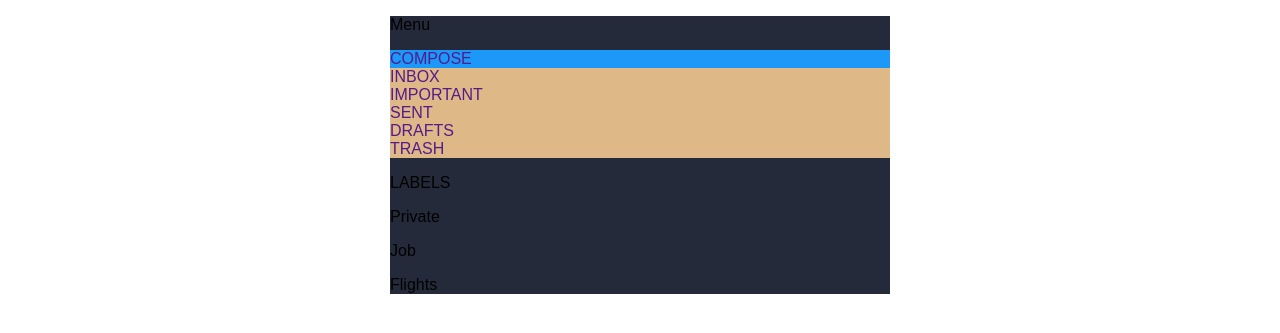
Repository: Gumiin/studia
Page: lesson4/index.html
These files come from the project's save history. The page is drawn as it stood at one moment and after the next save; the edit follows.
The browser window is 1280 px wide. The pictures show the whole page.

Above is the page before, as saved 2021-04-07 17:52:29.

### lesson4/index.html
<!DOCTYPE html>
<html lang="en">
<head>
    <meta charset="UTF-8">
    <meta http-equiv="X-UA-Compatible" content="IE=edge">
    <meta name="viewport" content="width=device-width, initial-scale=1.0">
    <title>Mail mobile part</title>
    <link rel="stylesheet" href="style.css">
</head>
<body>
    <div id="menu">
        <p>Menu</p>
        <a href=""><div id="compose">Compose</div></a>
        <nav>
            <a href=""><div class="menu">Inbox</div></a>
            <a href=""><div class="menu">Important</div></a>
            <a href=""><div class="menu">Sent</div></a>
            <a href=""><div class="menu">Drafts</div></a>
            <a href=""><div class="menu">Trash</div></a>
        </nav>
        <p>LABELS</p>
        <div id="labels">
            <p>
                <div class="label"></div>
            Private
            </p>
            <p>
                <div class="label"></div>
            Job
            </p>
            <p>
                <div class="label"></div>
            Flights
            </p>
        </div>
    </div>
    <div id="mails">
        <div class="mail"></div>
        <div class="mail"></div>
        <div class="mail"></div>
        <div class="mail"></div>
        <div class="mail"></div>
    </div>
    <div id="content">

    </div>
</body>
</html>

### lesson4/style.css
body{
    max-width: 500px;
    margin:auto;
    font-family: Arial, sans-serif;
}
#menu a{
    text-decoration: none;
    text-transform: uppercase;
}
#menu{
    background-color: #252a3a;
    font: 16px;
}
.menu{
    background-color: burlywood;
}
#compose{
    background-color:#1B98F8;
}
#mails{
    background-color: cadetblue;
    width: 100%;
}
#mail{
    background-color: darkorange;
    width: 100%;
}
#mail:hover{
    background-color: #eee;
}

After the next save:
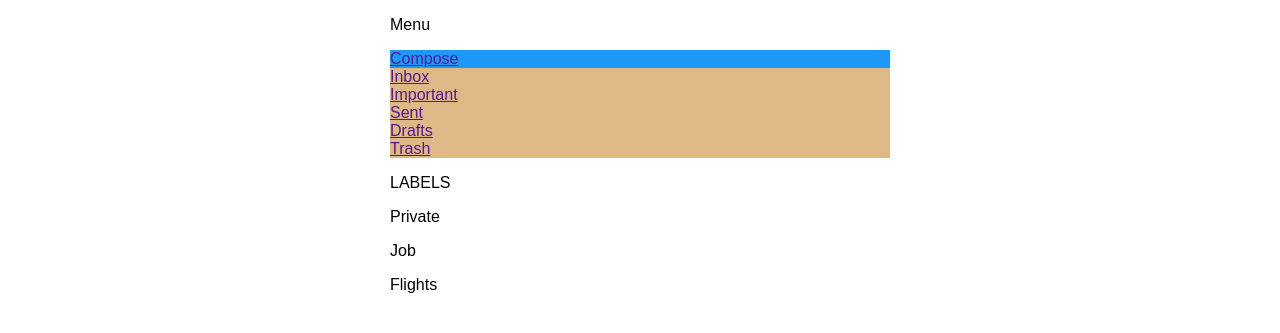
Saved 4 s later.
--- a/lesson4/index.html
+++ b/lesson4/index.html
@@ -8,7 +8,7 @@
     <link rel="stylesheet" href="style.css">
 </head>
 <body>
-    <div id="menu">
+    <div id="menus">
         <p>Menu</p>
         <a href=""><div id="compose">Compose</div></a>
         <nav>

After the save that followed:
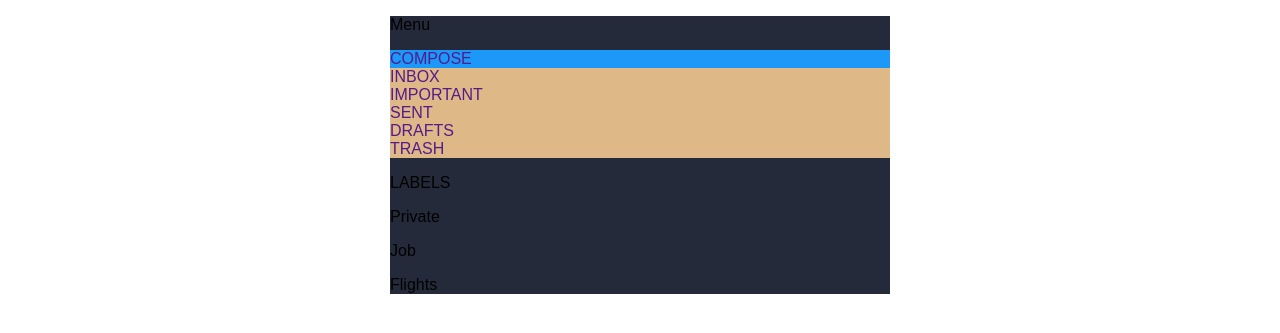
Saved 13 s later.
--- a/lesson4/style.css
+++ b/lesson4/style.css
@@ -3,11 +3,11 @@ body{
     margin:auto;
     font-family: Arial, sans-serif;
 }
-#menu a{
+#menus a{
     text-decoration: none;
     text-transform: uppercase;
 }
-#menu{
+#menus{
     background-color: #252a3a;
     font: 16px;
 }
